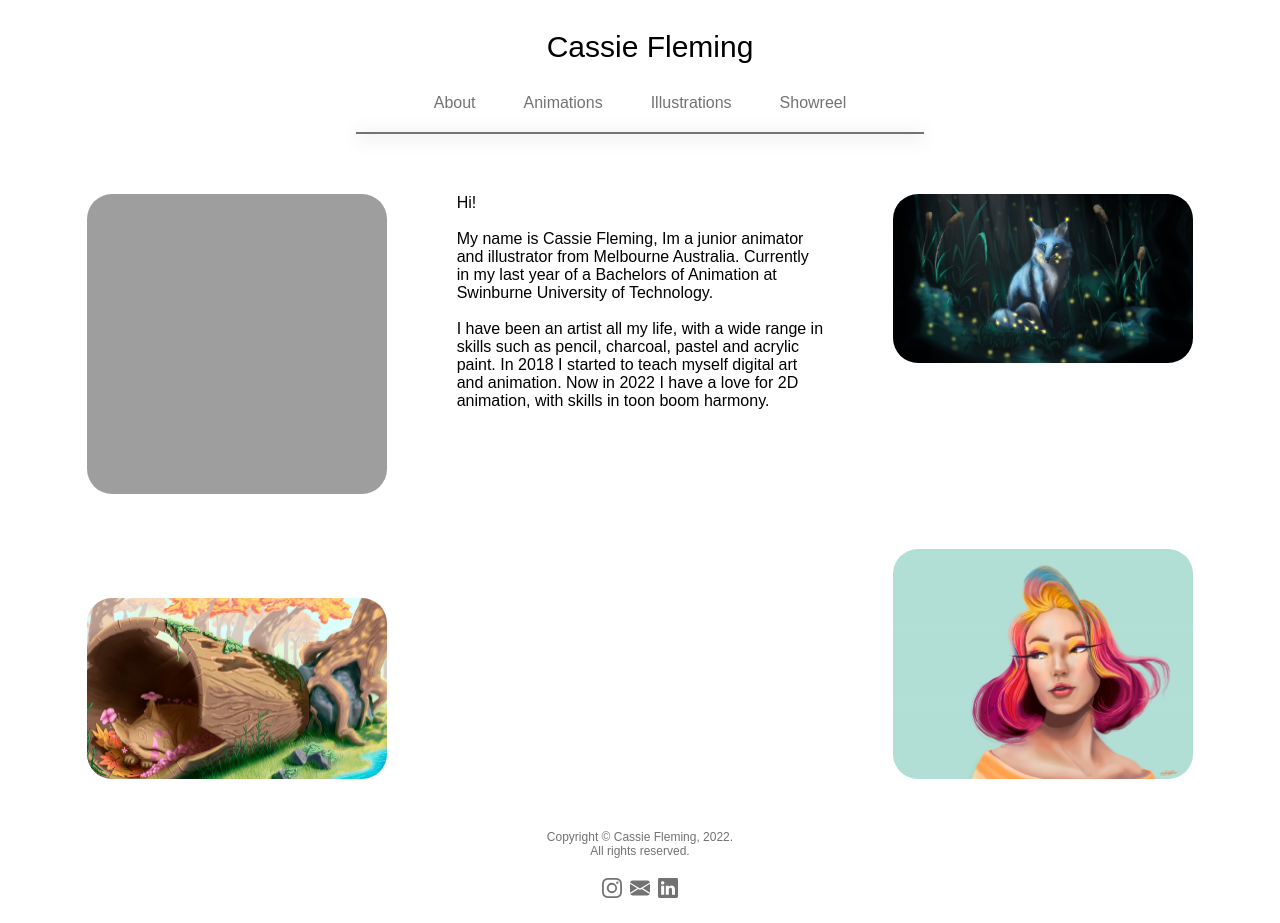
Repository: David-Waite/Cassie-Fleming-portfolio
Page: /
These files come from the project's save history. The page is drawn as it stood at one moment and after the next save; the edit follows.
The browser window is 1280 px wide. The pictures show the whole page.
Pictures or frames that could not be fetched are drawn as grey boxes. Some web fonts or font styles are not loaded; a fallback is used. The project was rebuilt for these pictures with package versions that can differ from the ones it lists, and the page was loaded fresh each time. The framework's server and built-in components were replaced by stand-ins that run in the browser. Also part of the build but not shown: next.config.js.

Above is the page before, as saved 2022-09-11 17:23:56.

After the next save:
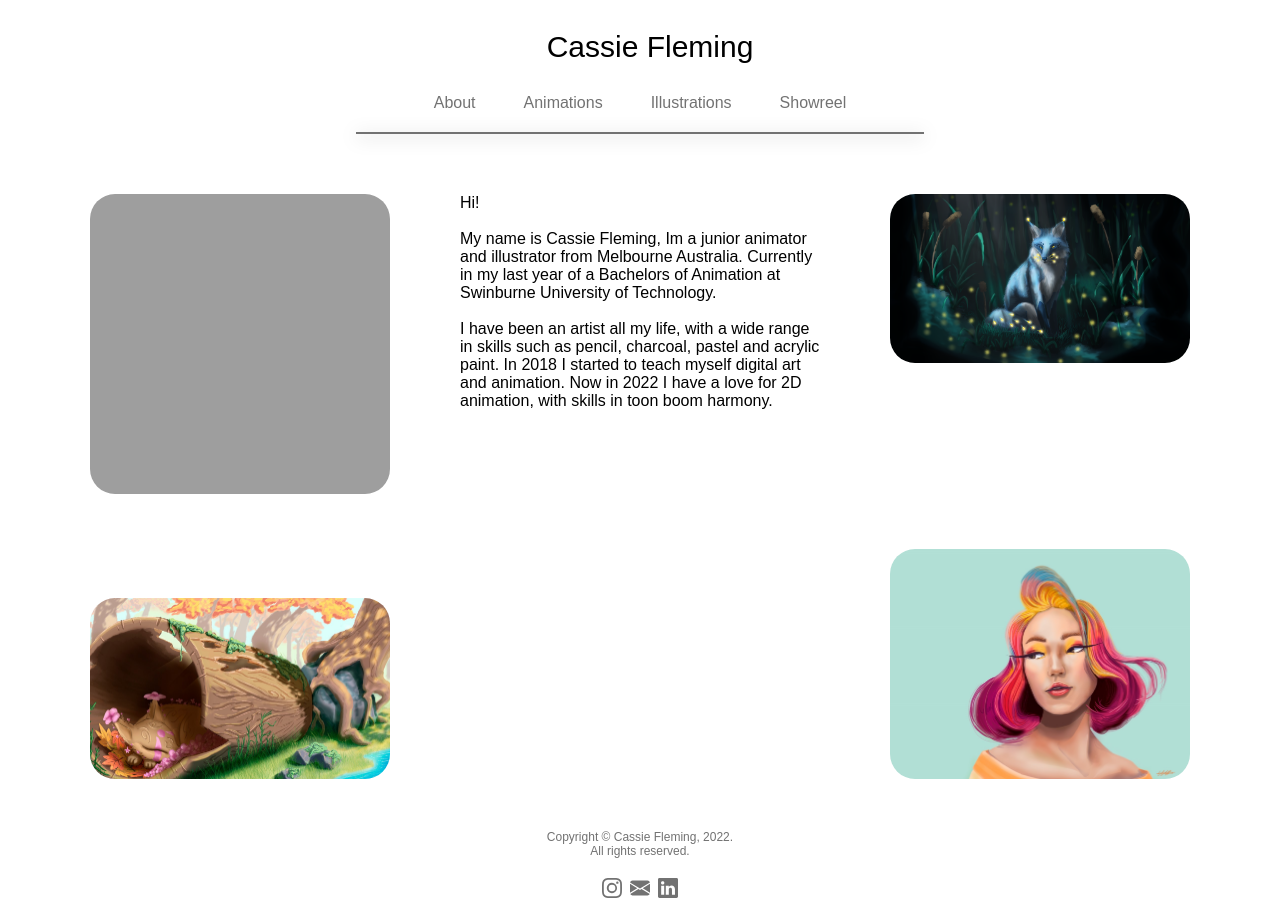
Saved 6 s later.
--- a/styles/globals.css
+++ b/styles/globals.css
@@ -8,7 +8,7 @@
 }
 
 .layout {
-  margin: 30px 20px 0;
+  margin: 30px 30px 0;
   display: flex;
   flex-direction: column;
   align-items: center;
